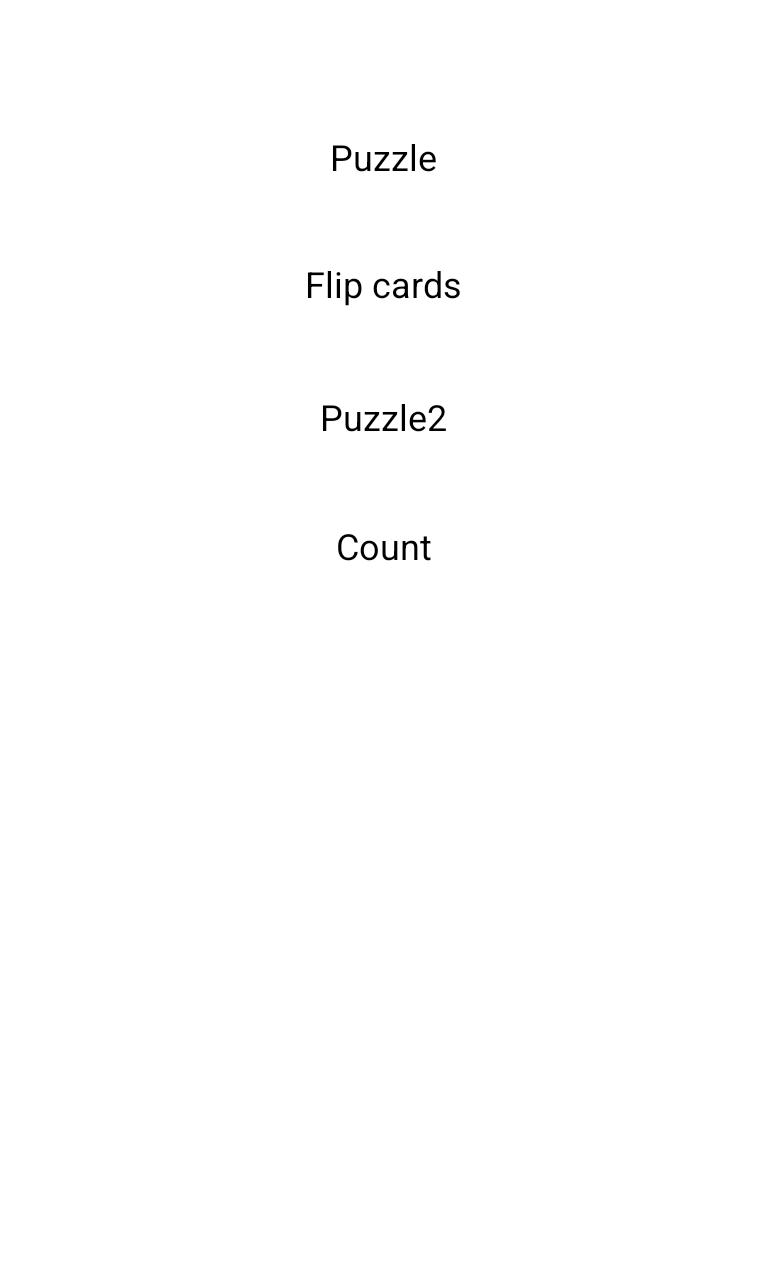
Repository: DimaPetrov/android
Layout: newapp/res/layout/activity_main.xml
The author's editor kept a copy of each file at every save. The layout is drawn from the files as they stood at one save, then again after the next save.
It is drawn on a 768 x 1280 px phone screen (xhdpi) without system bars, with theme AppTheme; the app's code is not run.

Above is the layout before, as saved 2012-10-22 07:49:32.

After the next save:
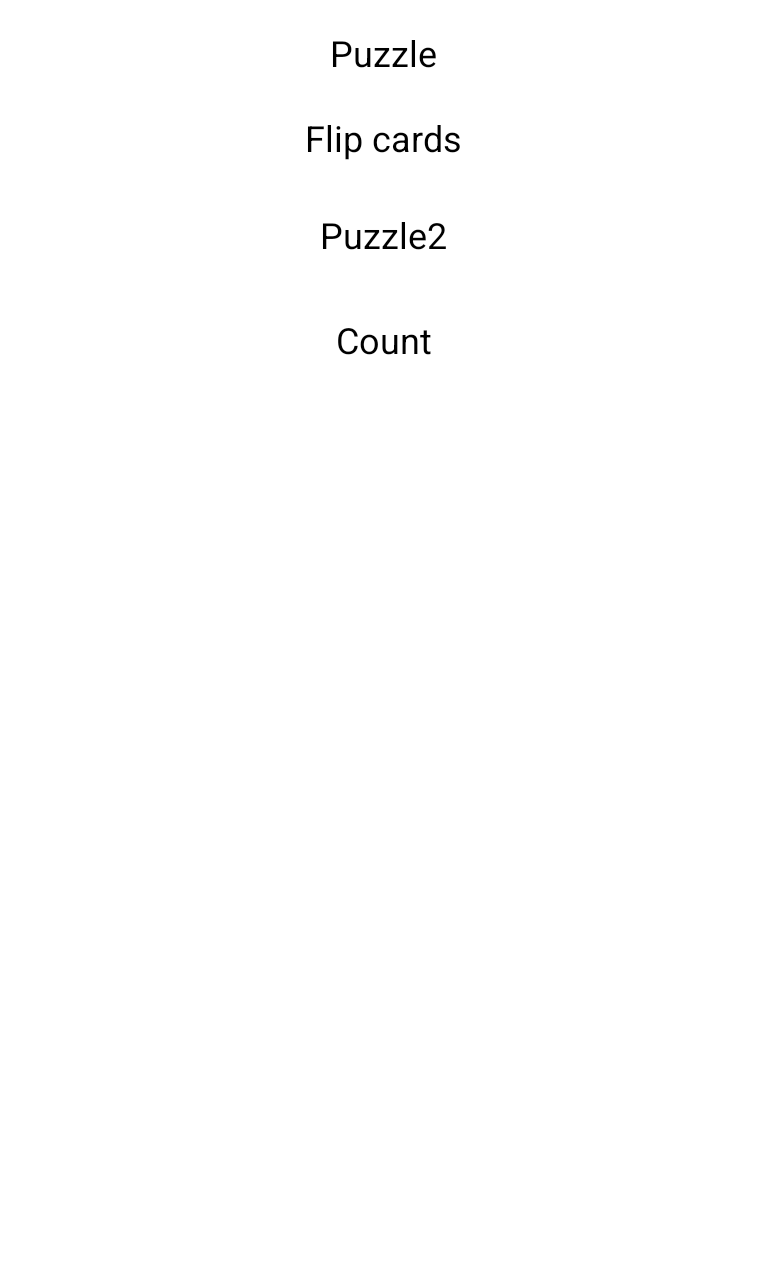
Saved 87 s later.
--- a/newapp/res/layout/activity_main.xml
+++ b/newapp/res/layout/activity_main.xml
@@ -10,7 +10,7 @@
         android:layout_height="wrap_content"
         android:layout_alignParentTop="true"
         android:layout_centerHorizontal="true"
-        android:layout_marginTop="66dp"
+        android:layout_marginTop="14dp"
         android:text="@string/puzzle"
         android:textAppearance="?android:attr/textAppearanceMedium" />
 
@@ -20,7 +20,7 @@
         android:layout_height="wrap_content"
         android:layout_below="@+id/game1"
         android:layout_centerHorizontal="true"
-        android:layout_marginTop="39dp"
+        android:layout_marginTop="18dp"
         android:text="@string/flip"
         android:textAppearance="?android:attr/textAppearanceMedium" />
 
@@ -30,7 +30,7 @@
         android:layout_height="wrap_content"
         android:layout_below="@+id/game2"
         android:layout_centerHorizontal="true"
-        android:layout_marginTop="42dp"
+        android:layout_marginTop="24dp"
         android:text="@string/puzzleback"
         android:textAppearance="?android:attr/textAppearanceMedium" />
 
@@ -40,7 +40,7 @@
         android:layout_height="wrap_content"
         android:layout_below="@+id/game3"
         android:layout_centerHorizontal="true"
-        android:layout_marginTop="40dp"
+        android:layout_marginTop="28dp"
         android:text="@string/count"
         android:textAppearance="?android:attr/textAppearanceMedium" />
 
